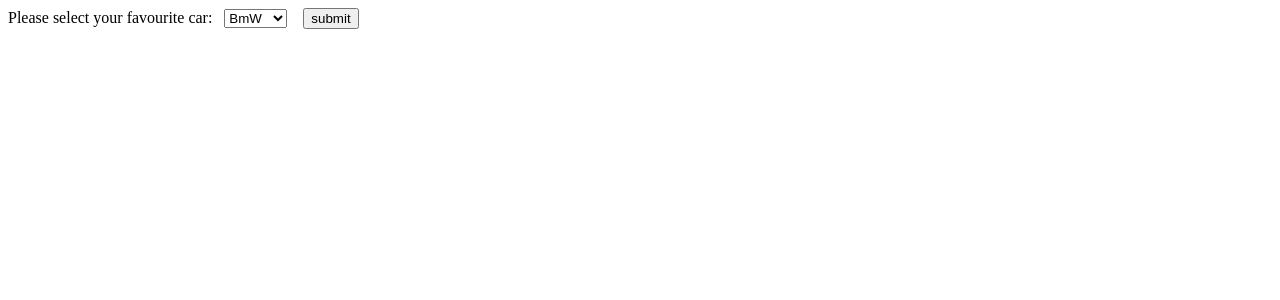
Repository: swapnillimgude/JavaTraining_Brainvire
Page: Jsp_servlet_Mod3/eclipse-workspace-jsp/jsp_Cookies/src/main/webapp/cookies-html-form.html
These files come from the project's save history. The page is drawn as it stood at one moment and after the next save; the edit follows.
The browser window is 1280 px wide. The pictures show the whole page.

Above is the page before, as saved 2023-09-20 10:50:04.

After the next save:
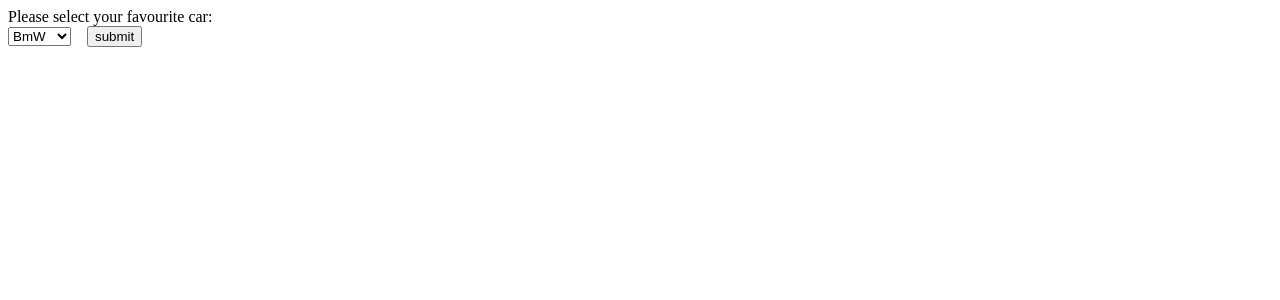
Saved 23 s later.
--- a/Jsp_servlet_Mod3/eclipse-workspace-jsp/jsp_Cookies/src/main/webapp/cookies-html-form.html
+++ b/Jsp_servlet_Mod3/eclipse-workspace-jsp/jsp_Cookies/src/main/webapp/cookies-html-form.html
@@ -6,7 +6,7 @@
 </head>
 <body>
 <form
-<h2>Please select your favourite car:</h2>&nbsp;&nbsp;
+<h2>Please select your favourite car:</h2><BR>
 <select name="Favourite car">
 	<option>BmW</option>
 	<option>Audi</option>
